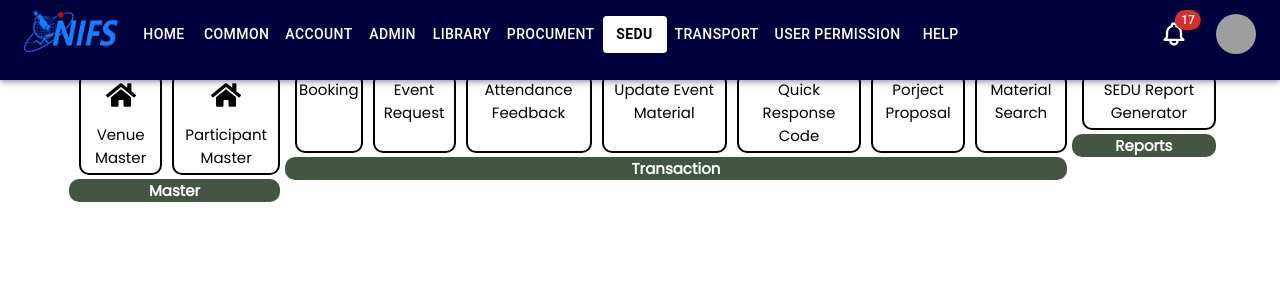
Repository: virangaj/NIFS-WebApp
Page: /sedu (app in client/)
These files come from the project's save history. The page is drawn as it stood at one moment and after the next save; the edit follows.
The browser window is 1280 px wide. The pictures show the whole page.
Pictures or frames that could not be fetched are drawn as grey boxes. The project was rebuilt for these pictures with package versions that can differ from the ones it lists, and the page was loaded fresh each time. Also part of the build but not shown: client/src/pages/Login.tsx, client/src/pages/Home.tsx, client/src/components/Transport/shared/TransportNavbar.js, client/src/pages/TransportMainPage.tsx, client/src/pages/CommonMainPage.tsx, client/src/pages/AccountMainPage.tsx, client/src/pages/AdminMainPage.tsx, client/src/pages/LibraryMainPage.js and 4 more.

Above is the page before, as saved 2022-07-27 00:56:10.

### client/public/index.html
<!DOCTYPE html>
<html lang="en">
	<head>
		<meta charset="utf-8" />
		<link rel="icon" href="nifs_logo.png" />
		<meta name="viewport" content="width=device-width, initial-scale=1" />
		<meta name="theme-color" content="#000000" />
		<meta
			name="description"
			content="Web site created using create-react-app"
		/>
		<link rel="apple-touch-icon" href="%PUBLIC_URL%/logo192.png" />
		<!--
      manifest.json provides metadata used when your web app is installed on a
      user's mobile device or desktop. See https://developers.google.com/web/fundamentals/web-app-manifest/
    -->
		<link rel="manifest" href="%PUBLIC_URL%/manifest.json" />
		<!--
      Notice the use of %PUBLIC_URL% in the tags above.
      It will be replaced with the URL of the `public` folder during the build.
      Only files inside the `public` folder can be referenced from the HTML.

      Unlike "/favicon.ico" or "favicon.ico", "%PUBLIC_URL%/favicon.ico" will
      work correctly both with client-side routing and a non-root public URL.
      Learn how to configure a non-root public URL by running `npm run build`.
    -->
		<link
			href="https://fonts.googleapis.com/css?family=Poppins"
			rel="stylesheet"
		/>
		<title>NIFS Dashboard</title>
	</head>
	<body>
		<noscript>You need to enable JavaScript to run this app.</noscript>
		<div id="root"></div>
		<!--
      This HTML file is a template.
      If you open it directly in the browser, you will see an empty page.

      You can add webfonts, meta tags, or analytics to this file.
      The build step will place the bundled scripts into the <body> tag.

      To begin the development, run `npm start` or `yarn start`.
      To create a production bundle, use `npm run build` or `yarn build`.
    -->
	</body>
</html>

### client/src/index.css
* {
  margin: 0;
}

body {
  font-family: 'Poppins';
  -webkit-font-smoothing: antialiased;
  -moz-osx-font-smoothing: grayscale;
}

:root {
  --main-navbar-back: #00003c;
  --nav-title-section-back: #454;
  --white: #fff;
  --black: #000;
  --border-radius: 10px;
}


.nav-logo {
  width: 100px;
  height: auto;
}

/* main navbar */
.main-navbar {
  background-color: var(--main-navbar-back) !important;
  width: 100% !important;
  height: 80px !important;

}



/* secondary navbar */
.secondary-navbar {
  margin-top: 10vh !important;
  margin: auto;
}

.nav-flex-section {
  display: flex;
  justify-content: center;
}

.nav-flex-inside {
  margin-left: 5px;
  margin-left: 5px;
}

.nav-title {
  font-size: 15px;
  text-align: center;
  color: var(--white);
  font-weight: 600;

}

.nav-title-section {
  border-radius: var(--border-radius);
  background-color: var(--nav-title-section-back);
}

.nav-icon {
  font-size: 30px;
}

.nav-link {
  display: flex;
  flex-direction: column;
  align-items: center;
  font-size: 15px;
  margin-left: 10px;
  margin-left: 10px;
  border: 2px solid #000;
  padding: 4px 2px 4px 2px;
  margin-bottom: 4px;
  text-align: center;
  border-radius: var(--border-radius);
}

.nav-link:hover {
  color: aqua;
  cursor: pointer;
}

/* body content */
.body-content {
  margin: auto;
  width: 90%;
  margin-top: 10vh;

}

.sub-body-content {
  margin: auto;
  width: 90%;
  margin-top: 3vh;
}

### client/src/App.tsx
import React, { useEffect } from 'react';
import Navbar from './components/shared/Navbar';
import Login from './pages/Login'
import { BrowserRouter as Router, Route, Routes } from 'react-router-dom'
import Home from './pages/Home';
import TransportMainPage from './pages/TransportMainPage';
import CommonMainPage from './pages/CommonMainPage';
import AccountMainPage from './pages/AccountMainPage';
import AdminMainPage from './pages/AdminMainPage';
import LibraryMainPage from './pages/LibraryMainPage';
import ProcumentMainPage from './pages/ProcumentMainPage';
import SeduMainPage from './pages/SeduMainPage';
import UserPermissionMainPage from './pages/UserPermissionMainPage';
import NotificationMainPage from './pages/NotificationMainPage';
import HelpMainPage from './pages/HelpMainPage';

function App() {


  return (
    <Router>
      <Navbar />
      <Routes>

        <Route path="/login" element={<Login />} />
        <Route path="/" element={<Home />} />
        <Route path="/common/*" element={<CommonMainPage />} />
        <Route path="/account/*" element={<AccountMainPage />} />
        <Route path="/admin/*" element={<AdminMainPage />} />
        <Route path="/library/*" element={<LibraryMainPage />} />
        <Route path="/procument/*" element={<ProcumentMainPage />} />
        <Route path="/sedu/*" element={<SeduMainPage />} />
        <Route path="/transport/*" element={<TransportMainPage />} />
        <Route
          path="/user-permission/*"
          element={<UserPermissionMainPage />}
        />
        <Route
          path="/notification/*"
          element={<NotificationMainPage />}
        />
        <Route path="/help/*" element={<HelpMainPage />} />
      </Routes>


    </Router>
  );
}

export default App;

### client/src/components/shared/Navbar.tsx
import * as React from 'react';
import AppBar from '@mui/material/AppBar';
import Box from '@mui/material/Box';
import Toolbar from '@mui/material/Toolbar';
import IconButton from '@mui/material/IconButton';
import Typography from '@mui/material/Typography';
import Menu from '@mui/material/Menu';
import Container from '@mui/material/Container';
import Avatar from '@mui/material/Avatar';
import Button from '@mui/material/Button';
import Tooltip from '@mui/material/Tooltip';
import MenuItem from '@mui/material/MenuItem';
import { HiMenuAlt2, HiOutlineBell } from "react-icons/hi";
import Badge from '@mui/material/Badge';
import Logo from '../../images/nifs_logo.png'
import { Link, useLocation } from 'react-router-dom';
const pages = [
    {
        id: 0,
        title: 'Home',
        link: '/',
    },
    {
        id: 1,
        title: 'Common',
        link: '/common',
    },
    {
        id: 2,
        title: 'Account',
        link: '/account',
    },
    {
        id: 3,
        title: 'Admin',
        link: '/admin',
    },
    {
        id: 4,
        title: 'Library',
        link: '/library',
    },
    {
        id: 5,
        title: 'Procument',
        link: '/procument',
    },
    {
        id: 6,
        title: 'SEDU',
        link: '/sedu',
    },
    {
        id: 7,
        title: 'Transport',
        link: '/transport',
    },
    {
        id: 8,
        title: 'User Permission',
        link: '/user-permission',
    },
    // {
    //     id: 9,
    //     title: 'Notification',
    //     link: '/notification',
    // },
    {
        id: 10,
        title: 'Help',
        link: '/help',
    },
];
const settings = [
    {
        id: 0,
        title: 'Login',
        link: '/login',
    },
];
const Navbar = () => {

    const location: any = useLocation();
    console.log(location.pathname.split('/')[1])


    const [anchorElNav, setAnchorElNav] = React.useState<null | HTMLElement>(null);
    const [anchorElUser, setAnchorElUser] = React.useState<null | HTMLElement>(null);

    const handleOpenNavMenu = (event: React.MouseEvent<HTMLElement>) => {
        setAnchorElNav(event.currentTarget);
    };
    const handleOpenUserMenu = (event: React.MouseEvent<HTMLElement>) => {
        setAnchorElUser(event.currentTarget);
    };

    const handleCloseNavMenu = () => {
        setAnchorElNav(null);
    };

    const handleCloseUserMenu = () => {
        setAnchorElUser(null);
    };

    return (
        <AppBar position="fixed" className="main-navbar">
            <Container maxWidth="xl">
                <Toolbar disableGutters>
                    {/*Responsive view start here  */}
                    <Box sx={{ display: { xs: 'none', md: 'flex' }, mr: 1 }}>
                        <Link to='/'>
                            <img src={Logo} alt="logo" className="nav-logo" />
                        </Link>
                    </Box>


                    <Box sx={{ flexGrow: 1, display: { xs: 'flex', md: 'none' } }}>
                        <IconButton
                            size="large"
                            aria-label="account of current user"
                            aria-controls="menu-appbar"
                            aria-haspopup="true"
                            onClick={handleOpenNavMenu}
                            color="inherit"
                        >
                            <HiMenuAlt2 />
                        </IconButton>
                        <Menu
                            id="menu-appbar"
                            anchorEl={anchorElNav}
                            anchorOrigin={{
                                vertical: 'bottom',
                                horizontal: 'left',
                            }}
                            keepMounted
                            transformOrigin={{
                                vertical: 'top',
                                horizontal: 'left',
                            }}
                            open={Boolean(anchorElNav)}
                            onClose={handleCloseNavMenu}
                            sx={{
                                display: { xs: 'block', md: 'none' },
                            }}
                        >
                            {pages && pages.map((page) => (
                                location.pathname.split('/')[1] === page.link.split('/')[1] ?
                                    <Link to={page.link} style={{ textDecoration: 'none' }} >
                                        <Button
                                            key={page.id}
                                            onClick={handleCloseNavMenu}
                                            sx={{ my: 2, color: 'white', display: 'block' }}
                                            style={{ backgroundColor: '#000', color: '#fff', fontWeight: 700 }}
                                        >
                                            {page.title}
                                        </Button>
                                    </Link>
                                    :
                                    <Link to={page.link} style={{ textDecoration: 'none' }} >
                                        <Button
                                            key={page.id}
                                            onClick={handleCloseNavMenu}
                                            sx={{ my: 2, color: 'white', display: 'block' }}
                                            style={{ backgroundColor: '#fff', color: '#000' }}
                                        >
                                            {page.title}
                                        </Button>
                                    </Link>
                            ))}
                        </Menu>
                    </Box>
                    {/* Responsive view ends here */}

                    {/* Full width starts here */}
                    <Box
                        sx={{
                            mr: 2,
                            display: { xs: 'flex', md: 'none' },
                            flexGrow: 1,
                        }}
                    >
                        <Link to='/'>
                            <img src={Logo} alt="logo" className="nav-logo" />
                        </Link>
                    </Box>

                    <Box sx={{ flexGrow: 1, display: { xs: 'none', md: 'flex' } }}>
                        {pages.map((page) => (
                            location.pathname.split('/')[1] === page.link.split('/')[1] ?
                                <Link to={page.link} style={{ textDecoration: 'none' }} >
                                    <Button
                                        key={page.id}
                                        onClick={handleCloseNavMenu}
                                        sx={{ my: 2, color: 'white', display: 'block' }}
                                        style={{ backgroundColor: '#fff', color: '#000', fontWeight: 700 }}


                                    >
                                        {page.title}
                                    </Button>
                                </Link>
                                :
                                <Link to={page.link} style={{ textDecoration: 'none' }} >
                                    <Button
                                        key={page.id}
                                        onClick={handleCloseNavMenu}
                                        sx={{ my: 2, color: 'white', display: 'block' }}

                                    >
                                        {page.title}
                                    </Button>
                                </Link>
                        ))}
                    </Box>
                    <IconButton
                        size="large"
                        aria-label="show 17 new notifications"
                        color="inherit"
                        sx={{ mr: 2 }}
                    >
                        <Badge badgeContent={17} color="error">
                            <HiOutlineBell />
                        </Badge>
                    </IconButton>
                    <Box sx={{ flexGrow: 0 }}>
                        <Tooltip title="Open settings">
                            <IconButton onClick={handleOpenUserMenu} sx={{ p: 0 }}>
                                <Avatar alt="Remy Sharp" src="/static/images/avatar/2.jpg" />
                            </IconButton>
                        </Tooltip>
                        <Menu
                            sx={{ mt: '45px' }}
                            id="menu-appbar"
                            anchorEl={anchorElUser}
                            anchorOrigin={{
                                vertical: 'top',
                                horizontal: 'right',
                            }}
                            keepMounted
                            transformOrigin={{
                                vertical: 'top',
                                horizontal: 'right',
                            }}
                            open={Boolean(anchorElUser)}
                            onClose={handleCloseUserMenu}
                        >
                            {settings && settings.map((setting) => (
                                <MenuItem key={setting.id} onClick={handleCloseUserMenu}>
                                    <Typography textAlign="center">{setting.title}</Typography>
                                </MenuItem>
                            ))}
                        </Menu>
                    </Box>
                </Toolbar>
            </Container>
        </AppBar>
    );
};
export default Navbar;

### client/src/pages/SeduMainPage.tsx
import React from 'react';
import { Route, Routes } from 'react-router-dom';
import SeduSecondaryNavbar from '../components/sedu/SeduSecondaryNavbar';
import SecondaryNavbar from '../components/shared/SecondaryNavbar';


// sedu main page where all other section of sedu department can be access from here
function SeduMainPage() {

	return <div>
		<SeduSecondaryNavbar />
		<div className="sub-body-content">
			<Routes>
				{/* <Route path="/" element={<NewRequest />} />
					<Route path="/recommend" element={<RecommendedRequest />} />
					<Route path="/approve" element={<ApproveRequest />} /> */}
			</Routes>
		</div>
	</div>;
}

export default SeduMainPage;

### client/src/components/sedu/SeduSecondaryNavbar.tsx
import { Box } from '@mui/material'
import React from 'react'

import { FaArtstation, FaApple, FaAppStoreIos, FaHome } from "react-icons/fa";
function SeduSecondaryNavbar() {

    return (
        <Box sx={{ width: '90%' }} className="secondary-navbar nav-flex-section">

            {/* master section */}
            <div className='nav-flex-inside'>
                <div className='nav-flex-section'>
                    <p className='nav-link'><span className='nav-icon'><FaHome /></span> Venue Master</p>
                    <p className='nav-link'><span className='nav-icon'><FaHome /></span> Participant Master</p>
                </div>
                <div className='nav-title-section'>
                    <p className='nav-title'>Master</p>
                </div>
            </div>

            {/* transaction section */}
            <div className='nav-flex-inside'>
                <div className='nav-flex-section'>
                    <p className='nav-link'>Booking</p>
                    <p className='nav-link'>Event Request</p>
                    <p className='nav-link'>Attendance Feedback</p>
                    <p className='nav-link'>Update Event Material</p>
                    <p className='nav-link'>Quick Response Code</p>
                    <p className='nav-link'>Porject Proposal</p>
                    <p className='nav-link'>Material Search</p>
                </div>
                <div className='nav-title-section'>
                    <p className='nav-title'>Transaction</p>
                </div>
            </div>
            {/* reposrts section */}
            <div className='nav-flex-inside'>
                <div className='nav-flex-section'>
                    <p className='nav-link'>SEDU Report Generator</p>
                </div>
                <div className='nav-title-section'>
                    <p className='nav-title'>Reports</p>
                </div>
            </div>
        </Box>
    )
}

export default SeduSecondaryNavbar

Loaded but not shown: client/src/index.tsx (common file); client/src/reportWebVitals.ts (common file)

After the next save:
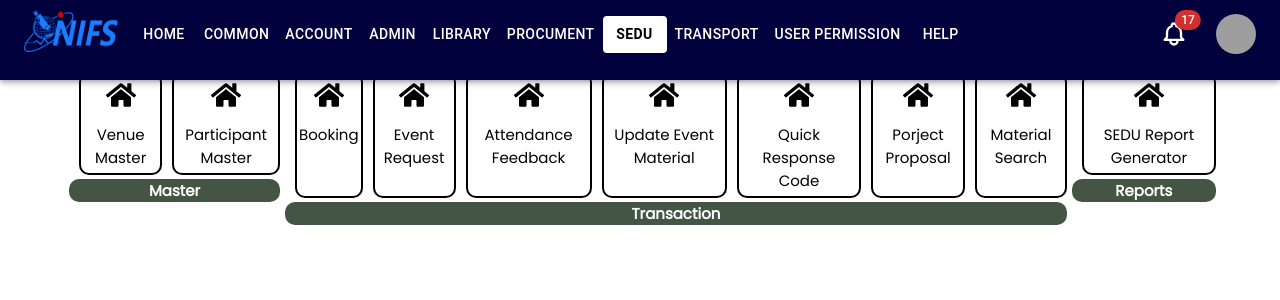
Saved 12 s later.
--- a/client/src/components/sedu/SeduSecondaryNavbar.tsx
+++ b/client/src/components/sedu/SeduSecondaryNavbar.tsx
@@ -21,13 +21,13 @@ function SeduSecondaryNavbar() {
             {/* transaction section */}
             <div className='nav-flex-inside'>
                 <div className='nav-flex-section'>
-                    <p className='nav-link'>Booking</p>
-                    <p className='nav-link'>Event Request</p>
-                    <p className='nav-link'>Attendance Feedback</p>
-                    <p className='nav-link'>Update Event Material</p>
-                    <p className='nav-link'>Quick Response Code</p>
-                    <p className='nav-link'>Porject Proposal</p>
-                    <p className='nav-link'>Material Search</p>
+                    <p className='nav-link'><span className='nav-icon'><FaHome /></span> Booking</p>
+                    <p className='nav-link'><span className='nav-icon'><FaHome /></span> Event Request</p>
+                    <p className='nav-link'><span className='nav-icon'><FaHome /></span> Attendance Feedback</p>
+                    <p className='nav-link'><span className='nav-icon'><FaHome /></span> Update Event Material</p>
+                    <p className='nav-link'><span className='nav-icon'><FaHome /></span> Quick Response Code</p>
+                    <p className='nav-link'><span className='nav-icon'><FaHome /></span> Porject Proposal</p>
+                    <p className='nav-link'><span className='nav-icon'><FaHome /></span>Material Search</p>
                 </div>
                 <div className='nav-title-section'>
                     <p className='nav-title'>Transaction</p>
@@ -36,7 +36,7 @@ function SeduSecondaryNavbar() {
             {/* reposrts section */}
             <div className='nav-flex-inside'>
                 <div className='nav-flex-section'>
-                    <p className='nav-link'>SEDU Report Generator</p>
+                    <p className='nav-link'><span className='nav-icon'><FaHome /></span> SEDU Report Generator</p>
                 </div>
                 <div className='nav-title-section'>
                     <p className='nav-title'>Reports</p>
